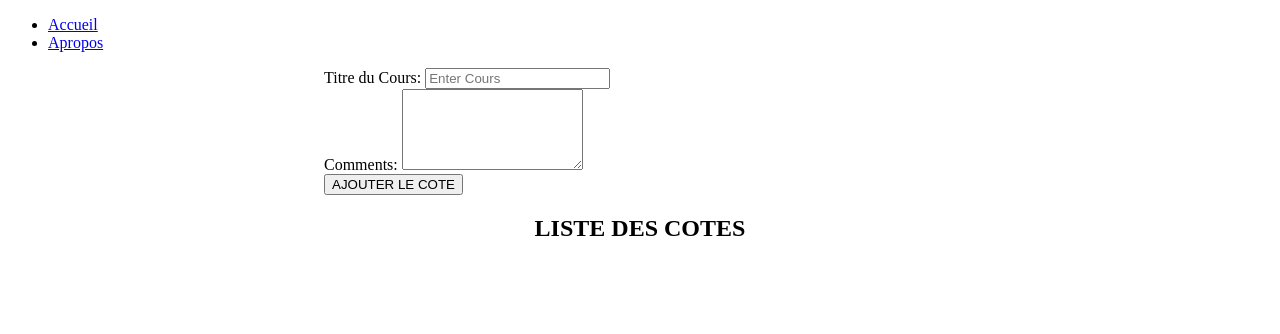
Repository: SKB-TECH/MinProject
Page: http://localhost/
An editor plug-in stored every save of this project. The page is shown before and after a run of saves, followed by the edit.
The browser window is 1280 px wide. The pictures show the whole page.
The page is served by the project's Node server (app.js).

Above is the page before, as saved 2022-09-30 13:57:39.

After the next 4 saves:
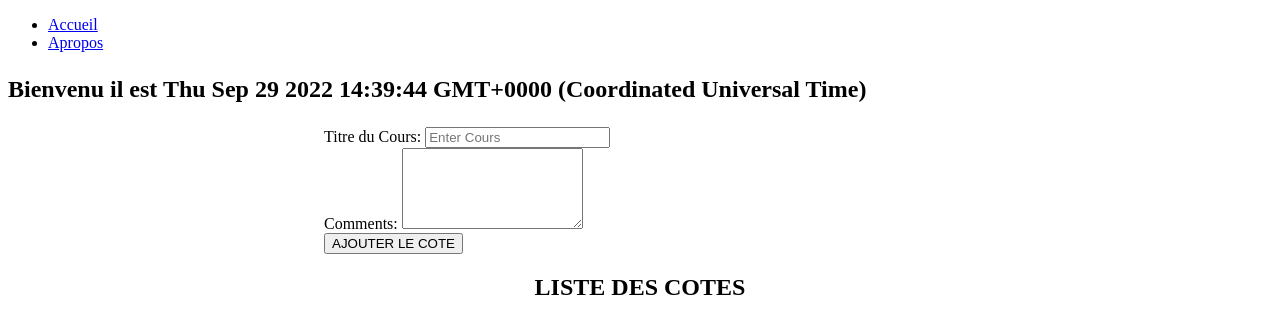
The 4 saves are shown as one change because they came seconds apart.
The last was saved 9 s later.
--- a/IHM/index.ejs
+++ b/IHM/index.ejs
@@ -26,6 +26,11 @@
       </nav>
     </header>
     <section>
+      <div>
+        <h1>
+          <p>Bienvenu il est <%= dates %> </p>
+        </h1>
+      </div>
       <div style="width: 50%; margin: auto;">
         <form action="/action_page.php">
           <div class="mb-3 mt-3">
